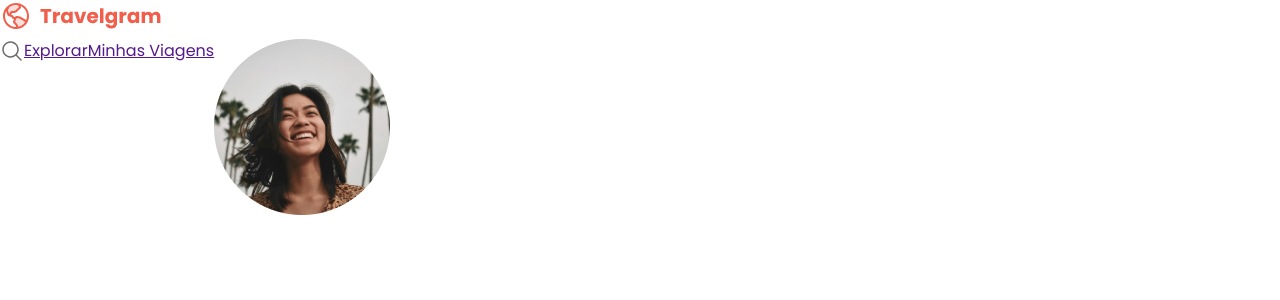
Repository: AbiezerSidonioJoseOdanacaJunior/projeto-travelgram
Page: index.html
An editor plug-in stored every save of this project. The page is shown before and after the next save, followed by the edit.
The browser window is 1280 px wide. The pictures show the whole page.
Some web fonts or font styles are not loaded; a fallback is used.

Above is the page before, as saved 2024-11-12 16:25:23.

### index.html
<!DOCTYPE html>
<html lang="pt-br">
<head>
    <meta charset="UTF-8">
    <meta name="viewport" content="width=device-width, initial-scale=1.0">
    <link rel="preconnect" href="https://fonts.googleapis.com">
    <link rel="preconnect" href="https://fonts.gstatic.com" crossorigin>
    <title>Travelgram</title>
    <link rel="stylesheet" href="styles/index.css">
    <link href="https://fonts.googleapis.com/css2?family=Alice&family=Playfair+Display:ital,wght@0,400..900;1,400..900&family=Poppins:wght@400;700&display=swap" rel="stylesheet">
</head>
<body>
    <nav>
        <a href="#" id="logo">
            <img src="/assets/Logo.svg" alt="Logo Marca">
        </a>
        <ul>
            <li>
                <img src="/assets/MagnifyingGlass.svg" alt="Icone de  Lupa">
            </li>
            <li><a href="">Explorar</a></li>
            <li><a href="">Minhas Viagens</a></li>
            <li><a href="">
                <img src="/assets/Profile pic.png" alt="Perfil Pic">
            </a></li>
        </ul>
    </nav>
<header></header>
</body>
</html>

### styles/global.css
* {
    padding: 0;
    margin: 0;
    box-sizing: border-box;
}

:root {
    --brand-clor: #EF5F4C;
    --backgoround-clor: #FFFFFF;
    --surface-color: #F5F5F5;
    --skeleton-color: #D9D9D9;
    --shape-tranparency: #ffffff90;
    --text-color-primary: #313131;
    --text-color-secondary: #6C6C6C;
    --font-family: "Poppins", sans-serif;
    --text: 16px/150% var(--font-family);
    --text-lg: bold 32px/125% var(--font-family);
    --text-md: 14px/170% var(--font-family);
    --text-sm: 12px/170% var(--font-family) ;

}

body {
    color: var(--text-color-primary);
    background-color: var(--backgoround-clor);
    font: var(--text);
}

### styles/nav.css
nnav{
    display: flex;
}

nav ul {
    list-style: none;
    display: flex;
}

Loaded but not shown: styles/index.css (common file)

After the next save:
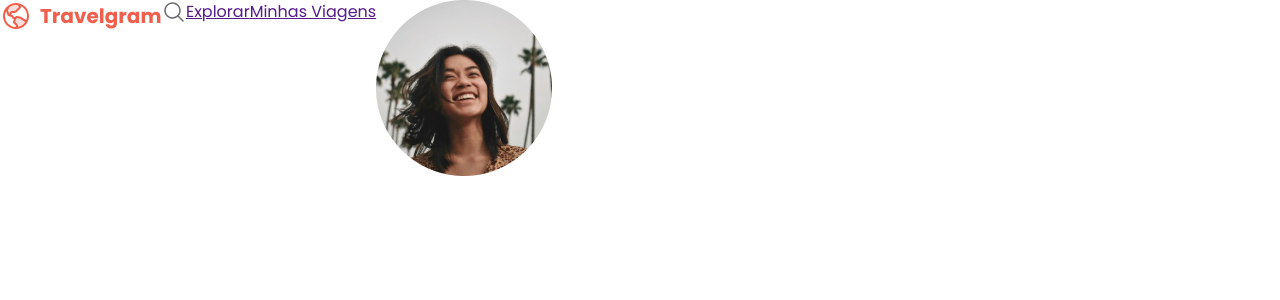
Saved 10 s later.
--- a/styles/nav.css
+++ b/styles/nav.css
@@ -1,4 +1,4 @@
-nnav{
+nav{
     display: flex;
 }
 
